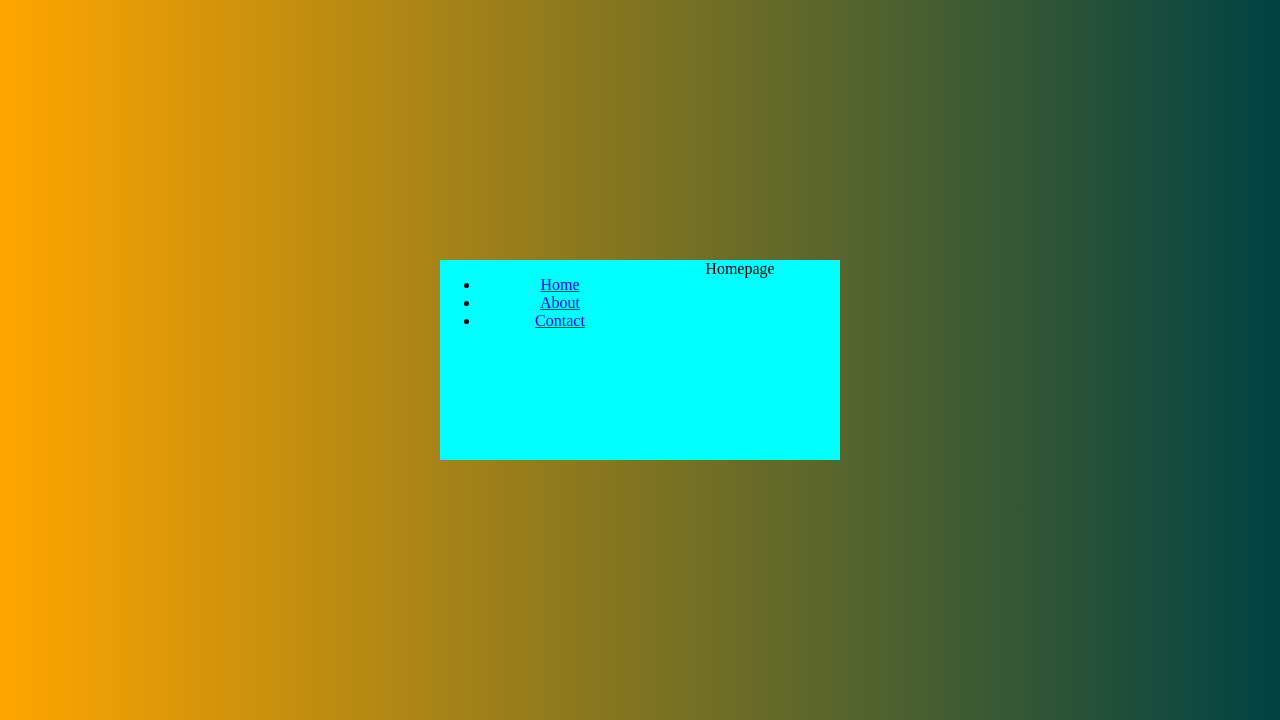
Repository: Alexandru-Morteanu/rodio
Page: /
The author's editor kept a copy of each file at every save. The page is drawn from the files as they stood at one save, then again after the next save.
The browser window is 1280 px wide. The pictures show the whole page.
The project was rebuilt for these pictures with package versions that can differ from the ones it lists, and the page was loaded fresh each time.

Above is the page before, as saved 2023-01-29 18:50:41.

After the next save:
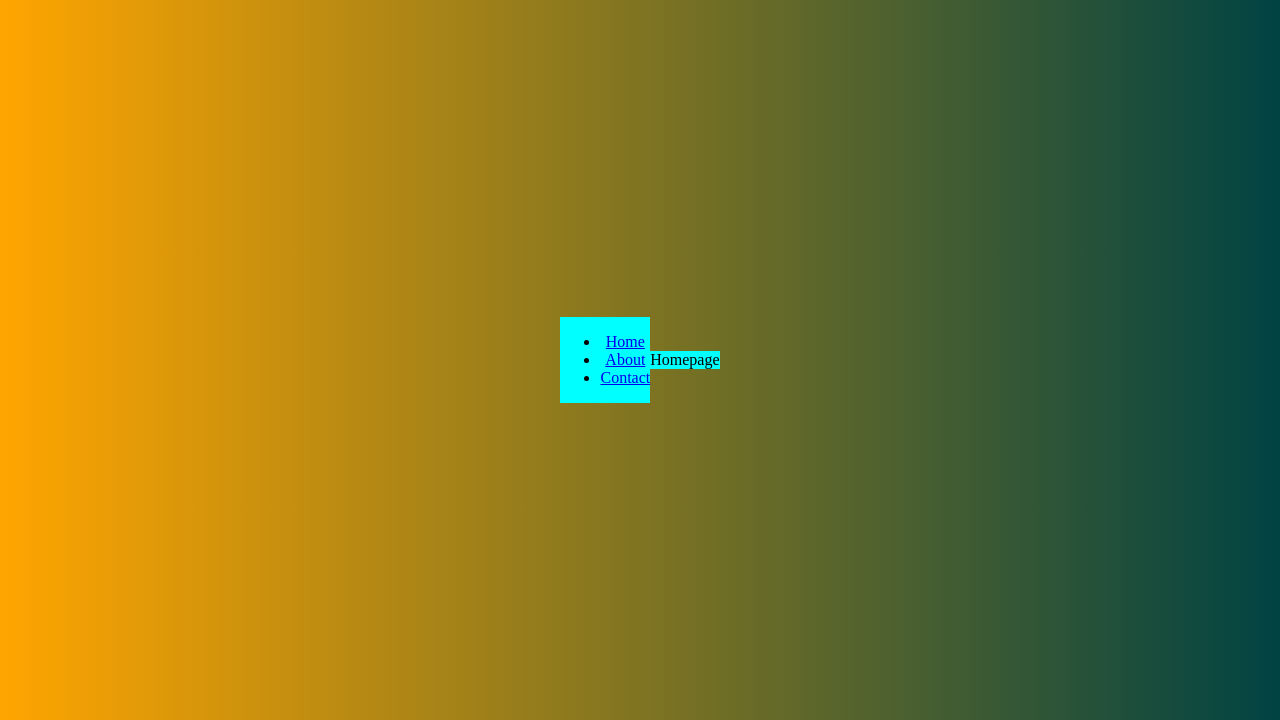
Saved 27 s later.
--- a/src/pages/Homepage.css
+++ b/src/pages/Homepage.css
@@ -1,6 +1,6 @@
 .container{
-    height: 200px;
-    width: 200px;
+    height: 100%;
+    width: 100%;
     background-color: aqua;
     text-align: center;
 }
